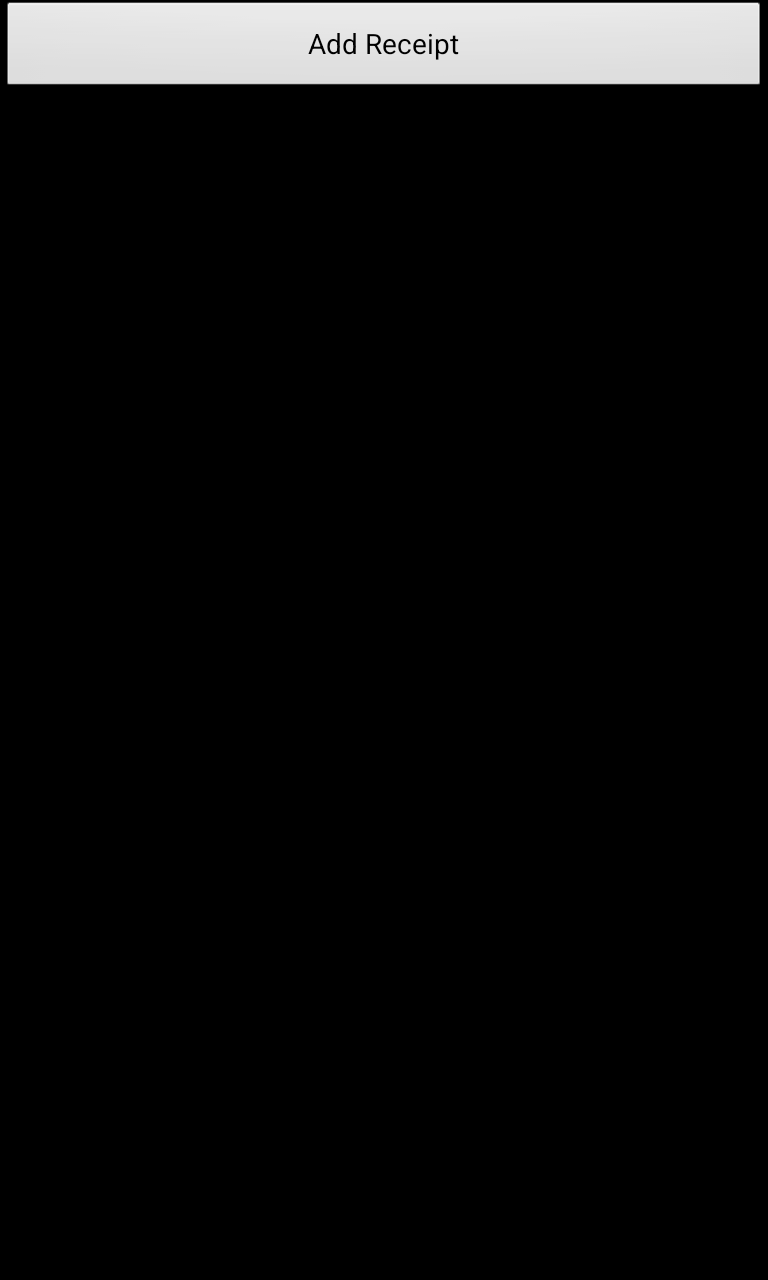
Repository: codingricky/android-expense-it
Layout: expenseit/res/layout/receipt.xml
An editor plug-in stored every save of this project. The layout is shown before and after the next save, followed by the edit.
It is drawn on a 768 x 1280 px phone screen (xhdpi) without system bars, with theme android:Theme; the app's code is not run. Lists and similar views that code fills are empty.

Above is the layout before, as saved 2012-04-28 10:16:04.

After the next save:
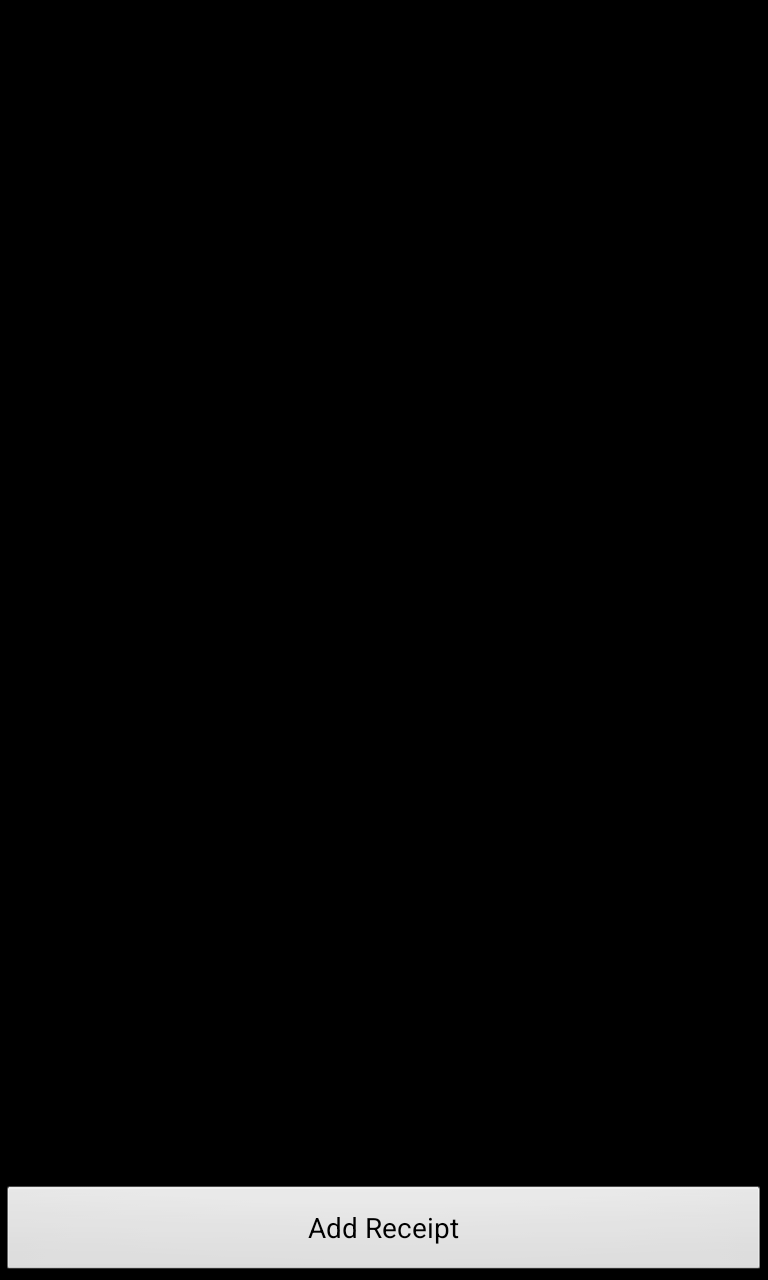
Saved 57 s later.
--- a/expenseit/res/layout/receipt.xml
+++ b/expenseit/res/layout/receipt.xml
@@ -4,11 +4,17 @@
     android:layout_height="match_parent"
     android:orientation="vertical" >
 
+    <ListView
+        android:id="@+id/listView1"
+        android:layout_width="match_parent"
+        android:layout_height="312dp"
+        android:layout_weight="0.57" >
+    </ListView>
 
-        <Button
-            android:id="@+id/addReceiptButton"
-            android:layout_width="match_parent"
-            android:layout_height="wrap_content"
-            android:text="Add Receipt" />
+    <Button
+        android:id="@+id/addReceiptButton"
+        android:layout_width="match_parent"
+        android:layout_height="wrap_content"
+        android:text="Add Receipt" />
 
 </LinearLayout>
